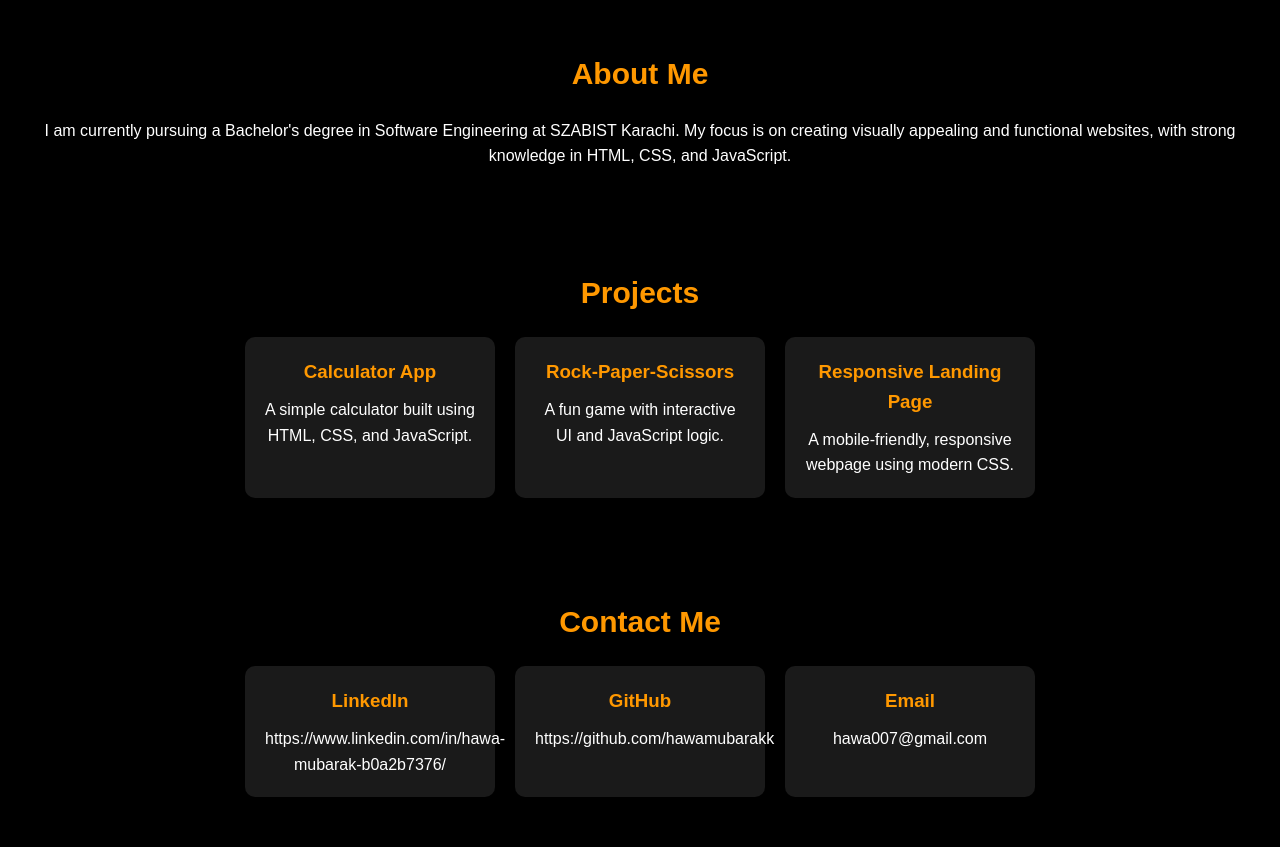
Repository: hawamubarakk/my-portfolio
Page: index.html
These files come from the project's save history. The page is drawn as it stood at one moment and after the next save; the edit follows.
The browser window is 1280 px wide. The pictures show the part of the page from y = 779 to 1626 px (the page is 1626 px tall).

Above is the page before, as saved 2025-08-12 17:36:15.

### index.html
<!DOCTYPE html>
<html lang="en">
<head>
    <meta charset="UTF-8">
    <meta name="viewport" content="width=device-width, initial-scale=1.0">
    <title>Hawa Mubarak - Portfolio</title>
    <link rel="stylesheet" href="css/style.css">
</head>
<body>
    <!-- Navbar -->
    <header>
        <nav>
            <ul class="navbar">
                <li><a href="#home">Home</a></li>
                <li><a href="#about">About</a></li>
                <li><a href="#projects">Projects</a></li>
                <li><a href="#contact">Contact</a></li>
            </ul>
        </nav>
    </header>

    <!-- Hero Section -->
    <section id="home" class="hero">
        <div class="hero-content">
            <h1>Welcome to My Portfolio</h1>
            <p>Hi, I'm <span>Hawa Mubarak</span> — a Software Engineering Student passionate about Front-End Development and modern web design.</p>
        </div>
    </section>

    <!-- About Section -->
    <section id="about" class="section">
        <h2>About Me</h2>
        <p>I am currently pursuing a Bachelor's degree in Software Engineering at SZABIST Karachi. My focus is on creating visually appealing and functional websites, with strong knowledge in HTML, CSS, and JavaScript.</p>
    </section>

    <!-- Projects Section -->
    <section id="projects" class="section">
        <h2>Projects</h2>
        <div class="project-boxes">
            <div class="project-box">
                <h3>Calculator App</h3>
                <p>A simple calculator built using HTML, CSS, and JavaScript.</p>
            </div>
            <div class="project-box">
                <h3>Rock-Paper-Scissors</h3>
                <p>A fun game with interactive UI and JavaScript logic.</p>
            </div>
            <div class="project-box">
                <h3>Responsive Landing Page</h3>
                <p>A mobile-friendly, responsive webpage using modern CSS.</p>
            </div>
        </div>
    </section>

    <!-- Contact Section -->
    <section id="contact" class="section contact-section">
        <h2>Contact Me</h2>
        <div class="contact-boxes">
            <div class="contact-box">
                <h3>LinkedIn</h3>
                <p><a href="#">https://www.linkedin.com/in/hawa-mubarak-b0a2b7376/</a></p>
            </div>
            <div class="contact-box">
                <h3>GitHub</h3>
                <p><a href="#">https://github.com/hawamubarakk</a></p>
            </div>
            <div class="contact-box">
                <h3>Email</h3>
                <p><a href="mailto:hawa007@gmail.com">hawa007@gmail.com</a></p>
            </div>
        </div>
    </section>

</body>
</html>

### css/style.css
/* General Reset */
* {
    margin: 0;
    padding: 0;
    box-sizing: border-box;
}

body {
    font-family: Arial, sans-serif;
    background-color: black;
    color: white;
    line-height: 1.6;
}

/* Navbar */
header {
    background: #222;
    padding: 15px 0;
}

.navbar {
    display: flex;
    justify-content: center;
    list-style: none;
}

.navbar li {
    margin: 0 20px;
}

.navbar a {
    text-decoration: none;
    color: white;
    font-size: 18px;
    transition: color 0.3s ease;
}

.navbar a:hover {
    color: #ff9800;
}

/* Hero Section */
.hero {
    height: 100vh;
    background: linear-gradient(rgba(0,0,0,0.7), rgba(0,0,0,0.7)), url('profile.jpg') center/cover no-repeat;
    display: flex;
    justify-content: center;
    align-items: center;
    text-align: center;
    padding: 20px;
}

.hero h1 {
    font-size: 50px;
    margin-bottom: 20px;
}

.hero p {
    font-size: 20px;
}

.hero span {
    color: #ff9800;
}

/* Section Styling */
.section {
    padding: 50px 20px;
    text-align: center;
}

.section h2 {
    font-size: 30px;
    margin-bottom: 20px;
    color: #ff9800;
}

/* Contact & Project Boxes */
.contact-boxes, .project-boxes {
    display: flex;
    justify-content: center;
    gap: 20px;
    flex-wrap: wrap;
    margin-top: 20px;
}

.contact-box, .project-box {
    background: #1a1a1a;
    padding: 20px;
    width: 250px;
    border-radius: 10px;
    transition: transform 0.3s ease, background 0.3s ease;
}

.contact-box:hover, .project-box:hover {
    transform: translateY(-10px);
    background: #333;
}

.contact-box h3, .project-box h3 {
    margin-bottom: 10px;
    color: #ff9800;
}

.contact-box a, .project-box a {
    color: white;
    text-decoration: none;
}

.contact-box a:hover, .project-box a:hover {
    color: #ff9800;
}

After the next save:
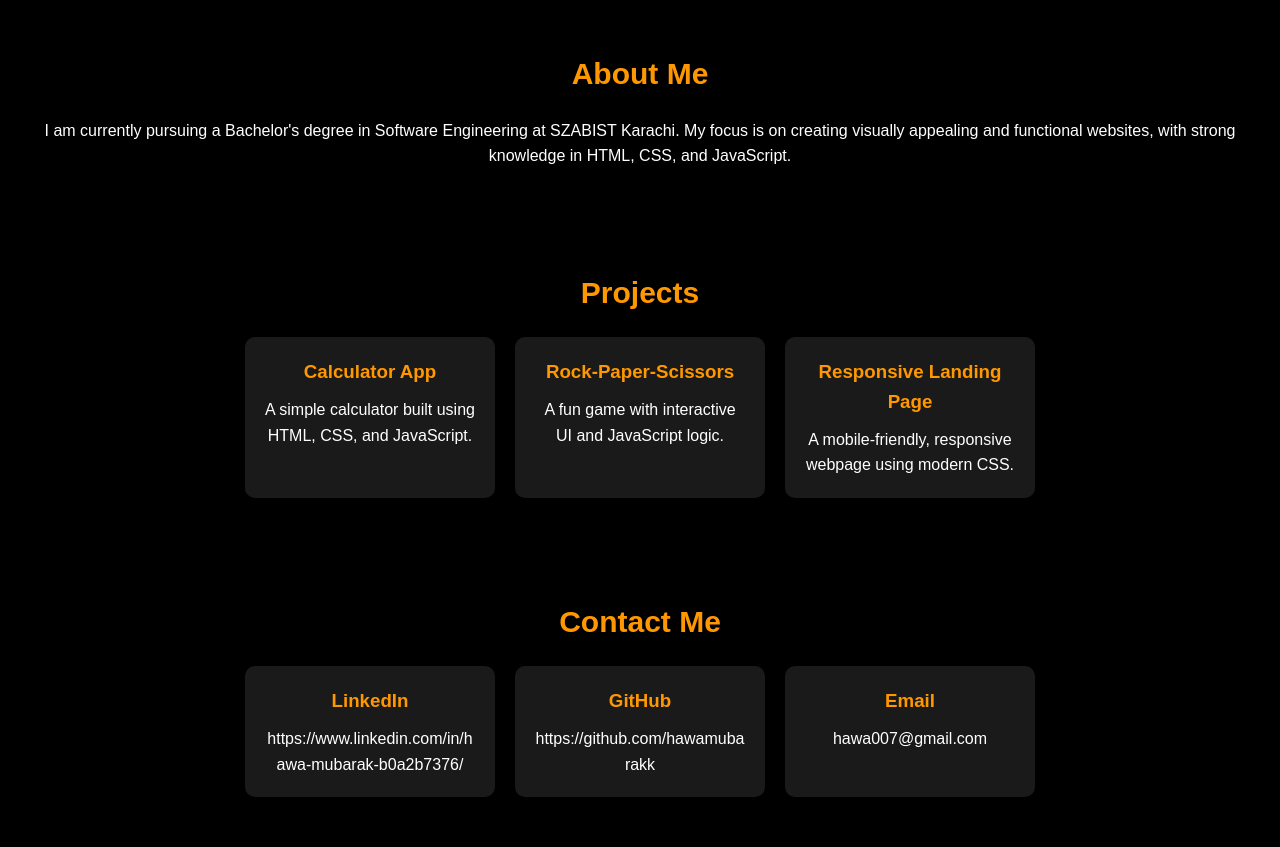
Saved 2 min 34 s later.
--- a/css/style.css
+++ b/css/style.css
@@ -92,21 +92,24 @@ header {
     transition: transform 0.3s ease, background 0.3s ease;
 }
 
-.contact-box:hover, .project-box:hover {
-    transform: translateY(-10px);
-    background: #333;
-}
+
 
 .contact-box h3, .project-box h3 {
     margin-bottom: 10px;
     color: #ff9800;
 }
-
 .contact-box a, .project-box a {
     color: white;
     text-decoration: none;
+    display: block; /* full width link */
+    word-wrap: break-word; /* break long links */
+    overflow-wrap: break-word; /* better support */
 }
 
 .contact-box a:hover, .project-box a:hover {
     color: #ff9800;
 }
+
+.contact-box a:hover, .project-box a:hover {
+    color: #ff9800;
+}
